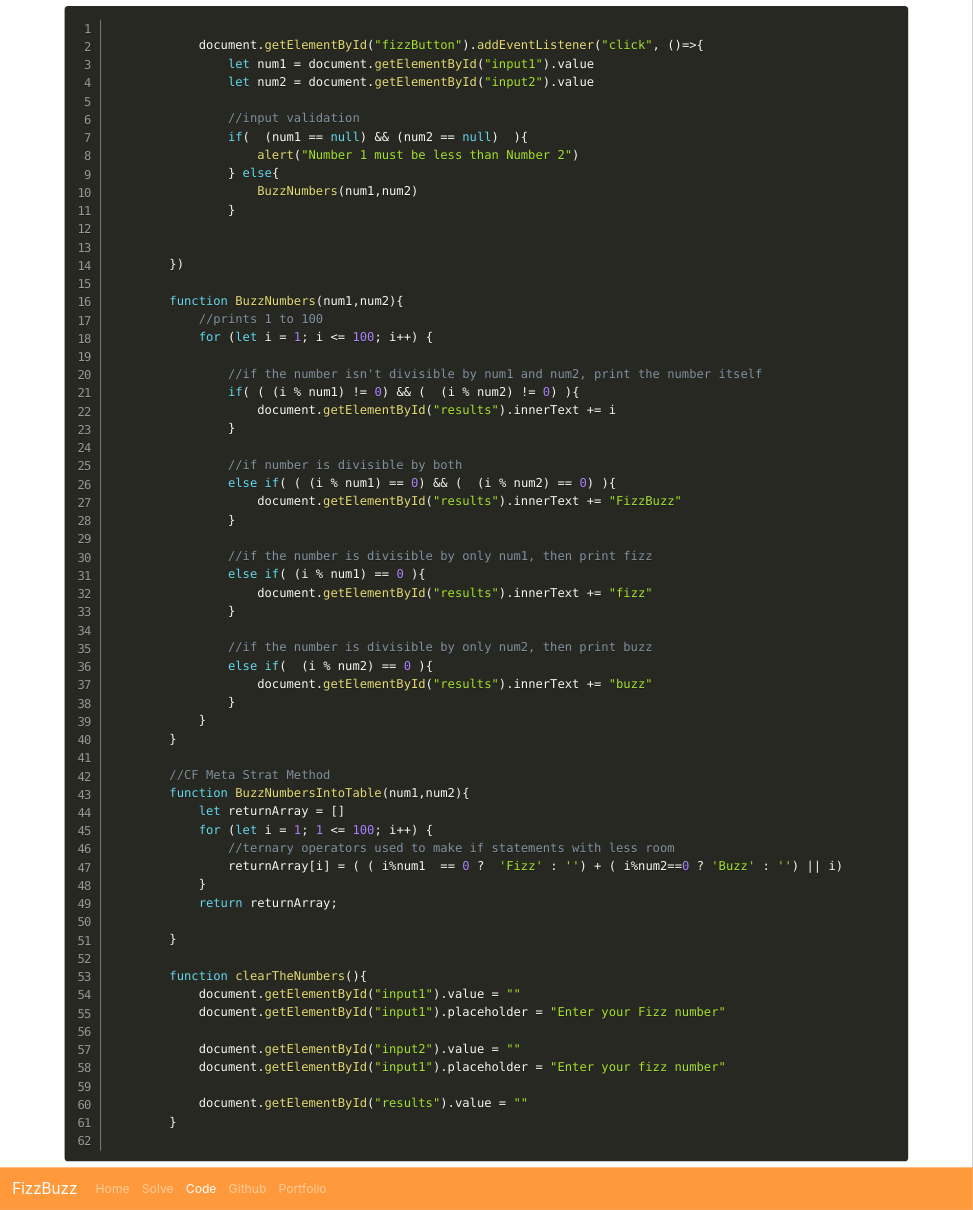
Repository: zhadjah9559/FizzBuzz
Page: code.html
These files come from the project's save history. The page is drawn as it stood at one moment and after the next save; the edit follows.
The browser window is 1280 px wide. The pictures show the whole page, at 76% of full size.

Above is the page before, as saved 2021-01-12 15:29:42.

### code.html
<!doctype html>
<html lang="en">
  <head>
    <title>Title</title>
    <!-- Required meta tags -->
    <meta charset="utf-8">
    <meta name="viewport" content="width=device-width, initial-scale=1, shrink-to-fit=no">

    <!-- Bootstrap CSS -->
    <link rel="stylesheet" href="https://stackpath.bootstrapcdn.com/bootstrap/4.3.1/css/bootstrap.min.css" integrity="sha384-ggOyR0iXCbMQv3Xipma34MD+dH/1fQ784/j6cY/iJTQUOhcWr7x9JvoRxT2MZw1T" crossorigin="anonymous">
    <link rel="stylesheet" href="css/prism.css">


</head>
  <body>

    <div class="container">
        <div class="row">
            <div class="col">

                <pre class="line-numbers"><code class="language-javascript">
            document.getElementById("fizzButton").addEventListener("click", ()=>{
                let num1 = document.getElementById("input1").value
                let num2 = document.getElementById("input2").value

                //input validation
                if(  (num1 == null) && (num2 == null)  ){
                    alert("Number 1 must be less than Number 2")
                } else{
                    BuzzNumbers(num1,num2)
                }


        })

        function BuzzNumbers(num1,num2){
            //prints 1 to 100
            for (let i = 1; i <= 100; i++) {

                //if the number isn't divisible by num1 and num2, print the number itself
                if( ( (i % num1) != 0) && (  (i % num2) != 0) ){
                    document.getElementById("results").innerText += i
                }

                //if number is divisible by both
                else if( ( (i % num1) == 0) && (  (i % num2) == 0) ){
                    document.getElementById("results").innerText += "FizzBuzz"
                }

                //if the number is divisible by only num1, then print fizz
                else if( (i % num1) == 0 ){
                    document.getElementById("results").innerText += "fizz"
                }

                //if the number is divisible by only num2, then print buzz
                else if(  (i % num2) == 0 ){
                    document.getElementById("results").innerText += "buzz"
                }
            }
        }

        //CF Meta Strat Method
        function BuzzNumbersIntoTable(num1,num2){
            let returnArray = []
            for (let i = 1; 1 <= 100; i++) {
                //ternary operators used to make if statements with less room
                returnArray[i] = ( ( i%num1  == 0 ?  'Fizz' : '') + ( i%num2==0 ? 'Buzz' : '') || i)
            }
            return returnArray;

        }

        function clearTheNumbers(){
            document.getElementById("input1").value = ""
            document.getElementById("input1").placeholder = "Enter your Fizz number"

            document.getElementById("input2").value = ""
            document.getElementById("input1").placeholder = "Enter your fizz number"

            document.getElementById("results").value = ""
        }
            </code></pre>

            </div>
        </div>
    </div>




    <nav class="navbar navbar-expand-sm navbar-dark" style="background-color: #ff993b;">
        <a class="navbar-brand" href="#">FizzBuzz</a>
        <button class="navbar-toggler d-lg-none" type="button" data-toggle="collapse" data-target="#collapsibleNavId" aria-controls="collapsibleNavId"
            aria-expanded="false" aria-label="Toggle navigation"></button>
        <div class="collapse navbar-collapse" id="collapsibleNavId">
            <ul class="navbar-nav mr-auto mt-2 mt-lg-0">
                <li class="nav-item">
                    <a class="nav-link" href="index.html">Home </a>
                </li>
                <li class="nav-item">
                    <a class="nav-link" href="solve.html">Solve </a>
                </li>
                <li class="nav-item">
                    <a class="nav-link active" href="code.html">Code <span class="sr-only">(current)</span></a>
                </li>
                <li class="nav-item">
                    <a class="nav-link" target="_blank" href="https://github.com/zhadjah9559/FizzBuzz">Github</a>
                </li>
                <li class="nav-item">
                    <a class="nav-link" target="_blank" href="https://www.zacharyhadjah.netlify.app">Portfolio</a>
                </li>


            </ul>
        </div>
    </nav>



    <!-- Optional JavaScript -->
    <!-- jQuery first, then Popper.js, then Bootstrap JS -->
    <script src="https://code.jquery.com/jquery-3.3.1.slim.min.js" integrity="sha384-q8i/X+965DzO0rT7abK41JStQIAqVgRVzpbzo5smXKp4YfRvH+8abtTE1Pi6jizo" crossorigin="anonymous"></script>
    <script src="https://cdnjs.cloudflare.com/ajax/libs/popper.js/1.14.7/umd/popper.min.js" integrity="sha384-UO2eT0CpHqdSJQ6hJty5KVphtPhzWj9WO1clHTMGa3JDZwrnQq4sF86dIHNDz0W1" crossorigin="anonymous"></script>
    <script src="https://stackpath.bootstrapcdn.com/bootstrap/4.3.1/js/bootstrap.min.js" integrity="sha384-JjSmVgyd0p3pXB1rRibZUAYoIIy6OrQ6VrjIEaFf/nJGzIxFDsf4x0xIM+B07jRM" crossorigin="anonymous"></script>
    <script src="js/prism.js"></script>


    </body>
</html>

### css/prism.css
/* PrismJS 1.23.0
https://prismjs.com/download.html#themes=prism-okaidia&languages=markup+css+clike+javascript&plugins=line-numbers */
/**
 * okaidia theme for JavaScript, CSS and HTML
 * Loosely based on Monokai textmate theme by http://www.monokai.nl/
 * @author ocodia
 */

code[class*="language-"],
pre[class*="language-"] {
	color: #f8f8f2;
	background: none;
	text-shadow: 0 1px rgba(0, 0, 0, 0.3);
	font-family: Consolas, Monaco, 'Andale Mono', 'Ubuntu Mono', monospace;
	font-size: 1em;
	text-align: left;
	white-space: pre;
	word-spacing: normal;
	word-break: normal;
	word-wrap: normal;
	line-height: 1.5;

	-moz-tab-size: 4;
	-o-tab-size: 4;
	tab-size: 4;

	-webkit-hyphens: none;
	-moz-hyphens: none;
	-ms-hyphens: none;
	hyphens: none;
}

/* Code blocks */
pre[class*="language-"] {
	padding: 1em;
	margin: .5em 0;
	overflow: auto;
	border-radius: 0.3em;
}

:not(pre) > code[class*="language-"],
pre[class*="language-"] {
	background: #272822;
}

/* Inline code */
:not(pre) > code[class*="language-"] {
	padding: .1em;
	border-radius: .3em;
	white-space: normal;
}

.token.comment,
.token.prolog,
.token.doctype,
.token.cdata {
	color: #8292a2;
}

.token.punctuation {
	color: #f8f8f2;
}

.token.namespace {
	opacity: .7;
}

.token.property,
.token.tag,
.token.constant,
.token.symbol,
.token.deleted {
	color: #f92672;
}

.token.boolean,
.token.number {
	color: #ae81ff;
}

.token.selector,
.token.attr-name,
.token.string,
.token.char,
.token.builtin,
.token.inserted {
	color: #a6e22e;
}

.token.operator,
.token.entity,
.token.url,
.language-css .token.string,
.style .token.string,
.token.variable {
	color: #f8f8f2;
}

.token.atrule,
.token.attr-value,
.token.function,
.token.class-name {
	color: #e6db74;
}

.token.keyword {
	color: #66d9ef;
}

.token.regex,
.token.important {
	color: #fd971f;
}

.token.important,
.token.bold {
	font-weight: bold;
}
.token.italic {
	font-style: italic;
}

.token.entity {
	cursor: help;
}

pre[class*="language-"].line-numbers {
	position: relative;
	padding-left: 3.8em;
	counter-reset: linenumber;
}

pre[class*="language-"].line-numbers > code {
	position: relative;
	white-space: inherit;
}

.line-numbers .line-numbers-rows {
	position: absolute;
	pointer-events: none;
	top: 0;
	font-size: 100%;
	left: -3.8em;
	width: 3em; /* works for line-numbers below 1000 lines */
	letter-spacing: -1px;
	border-right: 1px solid #999;

	-webkit-user-select: none;
	-moz-user-select: none;
	-ms-user-select: none;
	user-select: none;

}

	.line-numbers-rows > span {
		display: block;
		counter-increment: linenumber;
	}

		.line-numbers-rows > span:before {
			content: counter(linenumber);
			color: #999;
			display: block;
			padding-right: 0.8em;
			text-align: right;
		}

Loaded but not shown: js/prism.js (library)

After the next save:
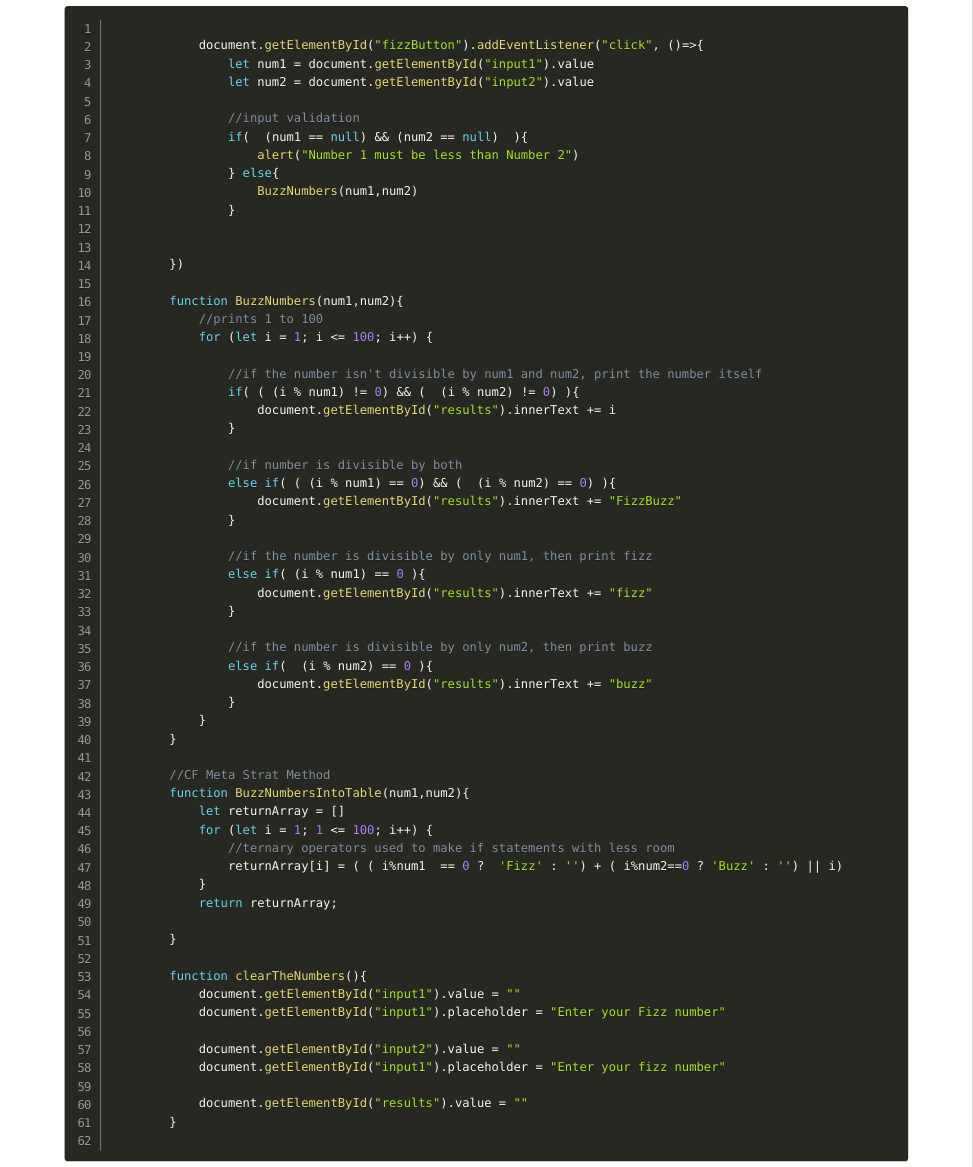
Saved 5 min 16 s later.
--- a/code.html
+++ b/code.html
@@ -88,32 +88,6 @@
 
 
 
-    <nav class="navbar navbar-expand-sm navbar-dark" style="background-color: #ff993b;">
-        <a class="navbar-brand" href="#">FizzBuzz</a>
-        <button class="navbar-toggler d-lg-none" type="button" data-toggle="collapse" data-target="#collapsibleNavId" aria-controls="collapsibleNavId"
-            aria-expanded="false" aria-label="Toggle navigation"></button>
-        <div class="collapse navbar-collapse" id="collapsibleNavId">
-            <ul class="navbar-nav mr-auto mt-2 mt-lg-0">
-                <li class="nav-item">
-                    <a class="nav-link" href="index.html">Home </a>
-                </li>
-                <li class="nav-item">
-                    <a class="nav-link" href="solve.html">Solve </a>
-                </li>
-                <li class="nav-item">
-                    <a class="nav-link active" href="code.html">Code <span class="sr-only">(current)</span></a>
-                </li>
-                <li class="nav-item">
-                    <a class="nav-link" target="_blank" href="https://github.com/zhadjah9559/FizzBuzz">Github</a>
-                </li>
-                <li class="nav-item">
-                    <a class="nav-link" target="_blank" href="https://www.zacharyhadjah.netlify.app">Portfolio</a>
-                </li>
-
-
-            </ul>
-        </div>
-    </nav>
 
 
 
